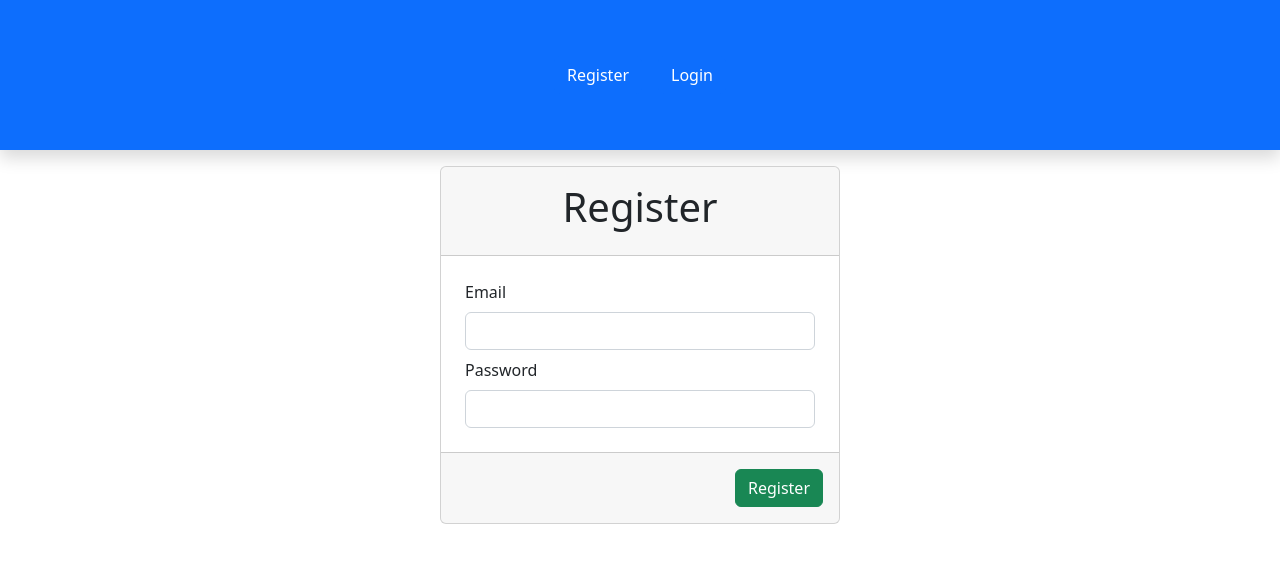
Repository: loveleii/firebase-login-logout
Page: /
The author's editor kept a copy of each file at every save. The page is drawn from the files as they stood at one save, then again after a run of saves.
The browser window is 1280 px wide. The pictures show the whole page.
The page's requests for data from a server got no answer. The project was rebuilt for these pictures with package versions that can differ from the ones it lists, and the page was loaded fresh each time. No one was signed in, and anything a server would have sent is missing. Also part of the build but not shown: vite.config.ts, src/views/loginView.vue, src/assets/main.css.

Above is the page before, as saved 2023-03-04 19:57:47.

### src/main.js
import { createApp } from 'vue'
import { createPinia } from 'pinia'

import App from './App.vue'
import router from './router'
import "bootstrap/dist/css/bootstrap.min.css"
import bootstrap from "bootstrap/dist/js/bootstrap.bundle.js"

import './assets/main.css'

const app = createApp(App)

app.use(createPinia())
app.use(router)

app.mount('#app')

### src/App.vue
<script setup lang="ts">
import { RouterLink, RouterView } from 'vue-router'

</script>

<template>
  <div>
        <header class="bg-primary p-5 shadow">
            <div class="container_header">
                <div class="d-flex">
                    <RouterLink to="/" style="text-decoration: none;"><text class="text-white m-2 btn btn-primary">Register</text></RouterLink>
                    <RouterLink to="/login" style="text-decoration: none;"><text class="text-white m-2 btn btn-primary">Login</text></RouterLink>
                </div>
            </div>
        </header>
    </div>
    <div class="center_container m-3 rounded text-center">
      <RouterView />
    </div>

</template>

<style>
.container_header{
  display: grid;
  place-content: center;
}
.center_container{
  display: grid;
  place-content: center;
}

</style>

### src/router/index.js
import { createRouter, createWebHistory } from 'vue-router'
import registerView from '../views/registerView.vue'
import loginView from '../views/loginView.vue'

const router = createRouter({
  history: createWebHistory(import.meta.env.BASE_URL),
  routes: [
    {
      path: '/',
      name: 'reg',
      component: registerView
    },
    {
      path: '/login',
      name: 'log',
      component: loginView
    },

  ]
})

export default router

### src/views/registerView.vue
<template>
    <div class="card">
        <div class="card-header p-3">
            <h1>Register</h1>
        </div>
        <div class="card-body float-left">
            <div class="form-group m-2">
                <label for="" class="form-label float-start">Email</label>
                <input type="text" name="" id="" class="form-control" v-model="email">
            </div>

            <div class="form-group m-2">
                <label for="" class="form-label float-start">Password</label>
                <input type="password" name="" id="" class="form-control" v-model="password">
            </div>

        </div>
        <div class="card-footer p-3">
            <div class="form-group float-end">
                <button class="btn btn-success" @click="register">Register</button>
            </div>
        </div>
    </div>
</template>

<script setup>
import { ref } from 'vue'
import { auth } from '../firebase/index.js'
import { createUserWithEmailAndPassword } from 'firebase/auth'

const email = ref('')
const password = ref('')
const error = ref('')
const errorMsg = ref('')
const success = ref('')
const successMsg = ref('')

const register = () => {
    if(email.value!='' || password.value!=''){
        createUserWithEmailAndPassword(auth, email.value, password.value)
            .then((cred) => {
                email.value = ""
                password.value = ""
                error.value = false
                success.value = true
                successMsg.value = "Registered Successfully"
            })
            .catch(($err)=>{
                error.value = true
                errorMsg.value = err.message
            })
        }
        else{
            error.value = true
            errorMsg.value = "Please fill out all the fields"
        }

}





</script>
<style>
.card{
    width: 400px;
}
</style>

### src/firebase/index.js
// Import the functions you need from the SDKs you need
import { initializeApp } from "firebase/app";
import { getAnalytics } from "firebase/analytics";
import { getAuth } from "firebase/auth";
// TODO: Add SDKs for Firebase products that you want to use
// https://firebase.google.com/docs/web/setup#available-libraries

// Your web app's Firebase configuration
// For Firebase JS SDK v7.20.0 and later, measurementId is optional
const firebaseConfig = {
  apiKey: "AIzaSyBm8yGVdz4sneeFof3ap-tepFHVz-rZPJU",
  authDomain: "authmejias.firebaseapp.com",
  projectId: "authmejias",
  storageBucket: "authmejias.appspot.com",
  messagingSenderId: "96076514003",
  appId: "1:96076514003:web:6674036afe1d865eef0a26",
  measurementId: "G-VK899MPQS0"
};

// Initialize Firebase
const app = initializeApp(firebaseConfig);
const analytics = getAnalytics(app);
const auth = getAuth(app);

export { auth };

Loaded but not shown: index.html (common file)

After the next 2 saves:
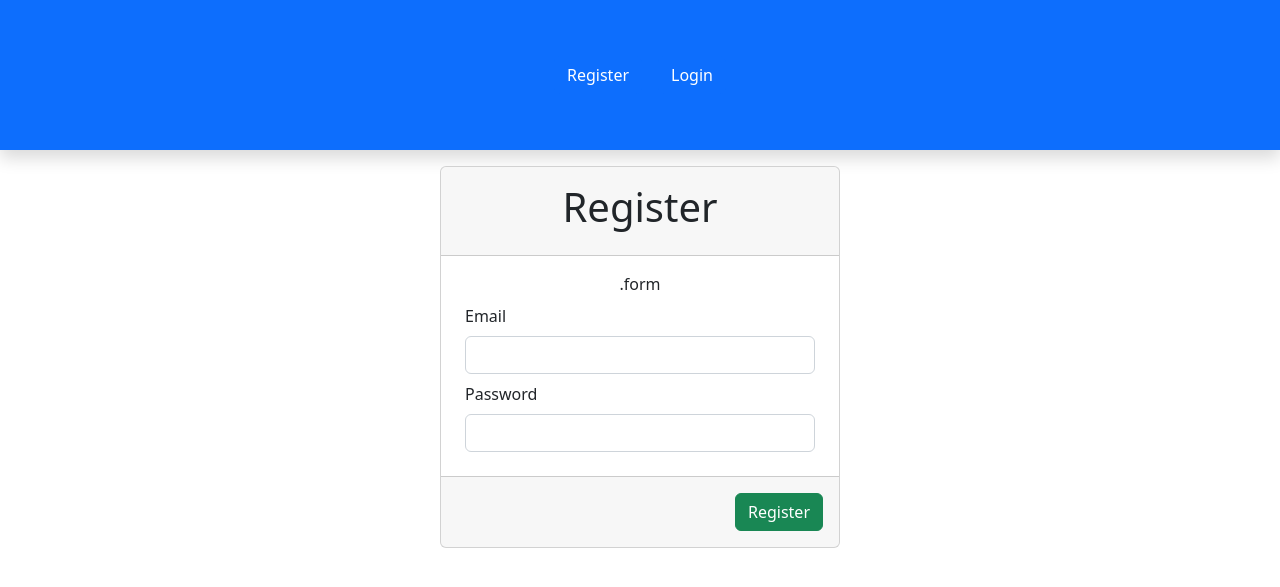
The 2 saves are shown as one change because they came seconds apart.
The last was saved 47 s later.
--- a/src/views/registerView.vue
+++ b/src/views/registerView.vue
@@ -4,6 +4,7 @@
             <h1>Register</h1>
         </div>
         <div class="card-body float-left">
+            .form
             <div class="form-group m-2">
                 <label for="" class="form-label float-start">Email</label>
                 <input type="text" name="" id="" class="form-control" v-model="email">

After the save that followed:
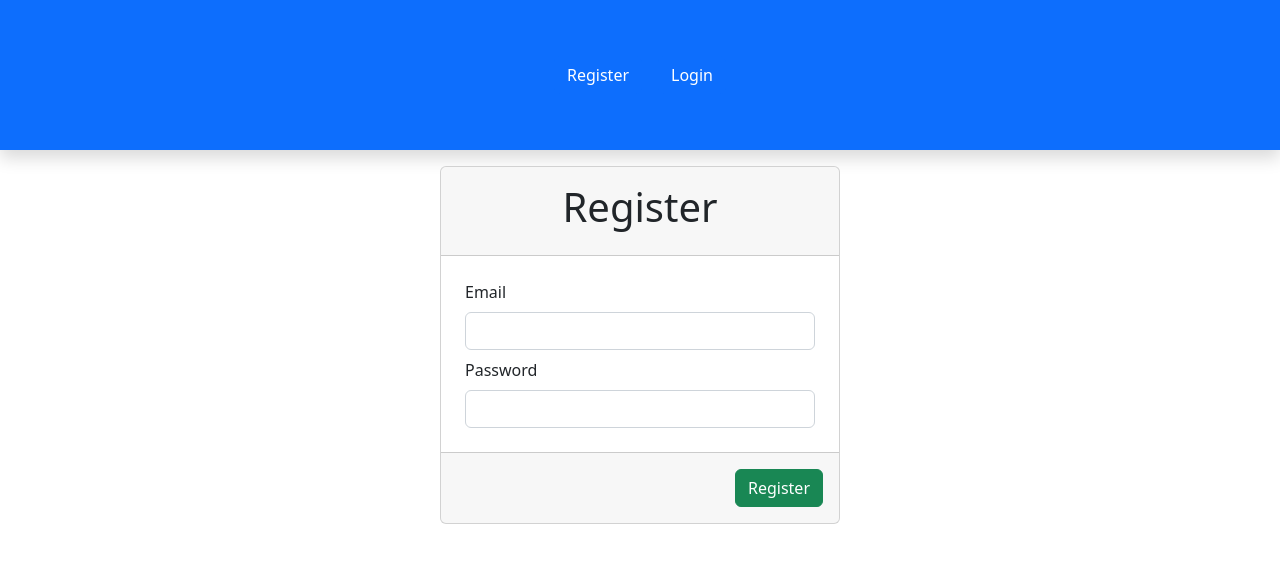
Saved 5 s later.
--- a/src/views/registerView.vue
+++ b/src/views/registerView.vue
@@ -4,7 +4,7 @@
             <h1>Register</h1>
         </div>
         <div class="card-body float-left">
-            .form
+            <div class="form-group"></div>
             <div class="form-group m-2">
                 <label for="" class="form-label float-start">Email</label>
                 <input type="text" name="" id="" class="form-control" v-model="email">
